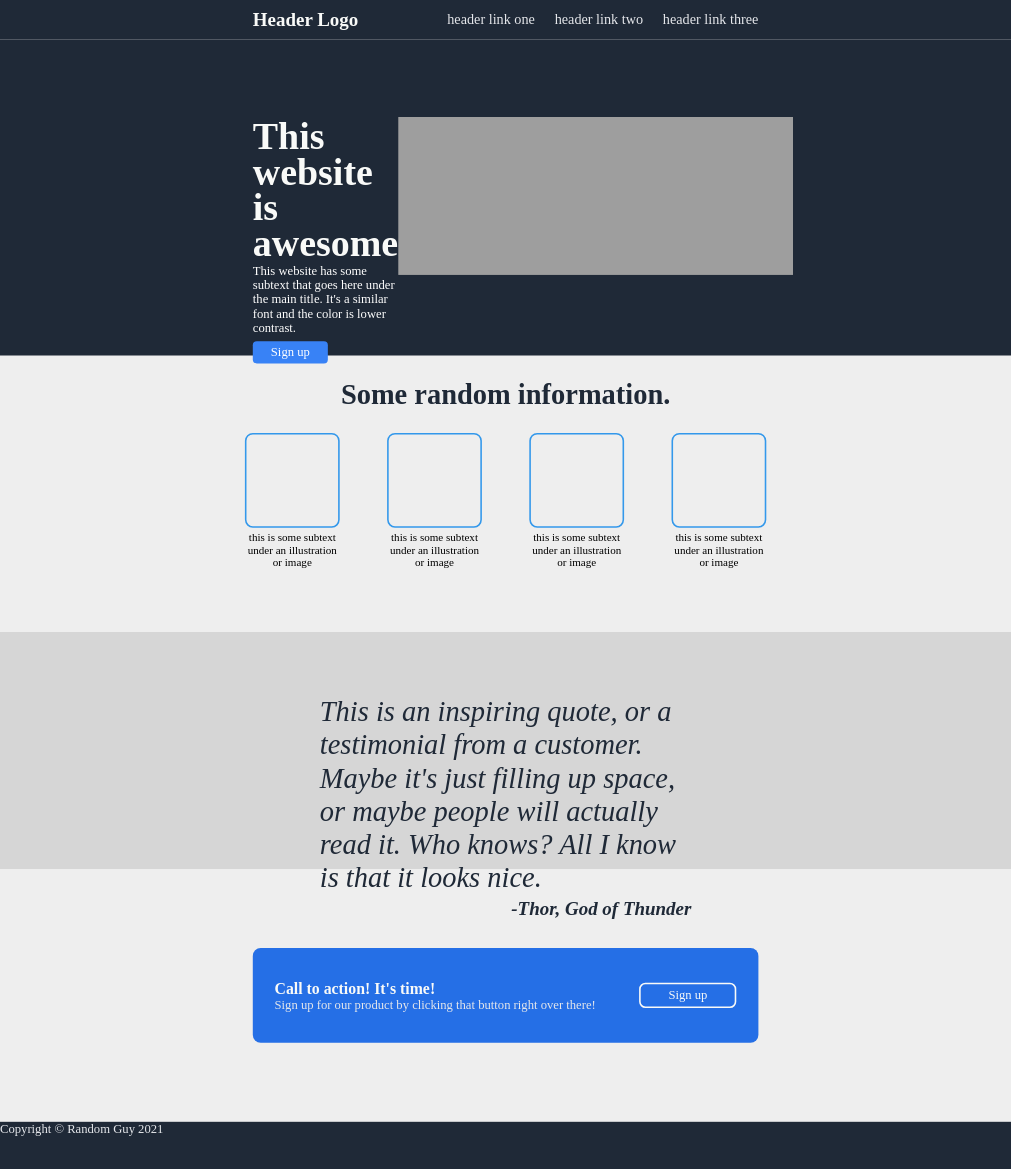
Repository: Pafestivo/Dummy-Landing-Page
Page: index.html
The author's editor kept a copy of each file at every save. The page is drawn from the files as they stood at one save, then again after the next save.
The browser window is 1280 px wide. The pictures show the whole page, at 79% of full size.
Pictures or frames that could not be fetched are drawn as grey boxes.

Above is the page before, as saved 2022-09-26 19:52:26.

### index.html
<!DOCTYPE html>
<html lang="en">
<head>
    <meta charset="UTF-8">
    <meta name="viewport" content="width=device-width, initial-scale=1.0">
    <link rel="stylesheet" href="styles.css">
    <title>Landing Page</title>
</head>
<body>
    <header>
        <div class="container">
            <h1>Header Logo</h1>
            <nav>
                <a href="#">header link one</a>
                <a href="#">header link two</a>
                <a href="#">header link three</a>
            </nav>
        </div> <!-- /container-->
    </header>
    <main>
        <section class="first">
            <div class="container">

                <div class="right">
                    <h1>This website is awesome</h1>
                    <p>This website has some subtext that goes here under the main title. It's a similar font and the color is lower contrast.</p>
                    <a href="#">Sign up</a>
                </div> <!-- /right -->

                <div class="left">
                    <img src="images/office.jpg" alt="Office desk photo" />
                </div> <!-- /left -->

            </div> <!-- /container-->
        </section> <!-- /first -->

        <section class="second">
            <div class="container">

                <h1>Some random information.</h1>
                <div class="boxes">
                    <div class="info">
                        <div class="box"></div>
                        <div class="box-info">
                            <p>this is some subtext under an illustration or image</p>
                        </div> <!-- /box-info -->
                    </div> <!-- /info -->

                    <div class="info">
                        <div class="box"></div>
                        <div class="box-info">
                            <p>this is some subtext under an illustration or image</p>
                        </div> <!-- /box-info -->
                    </div> <!-- /info -->

                    <div class="info">
                        <div class="box"></div>
                        <div class="box-info">
                            <p>this is some subtext under an illustration or image</p>
                        </div> <!-- /box-info -->
                    </div> <!-- /info -->

                    <div class="info">
                        <div class="box"></div>
                        <div class="box-info">
                            <p>this is some subtext under an illustration or image</p>
                        </div> <!-- /box-info -->
                    </div> <!-- /info -->

                </div> <!-- /boxes-->
            </div> <!-- /container-->
        </section> <!-- /second -->

        <section class="third">
            <div class="container">
                <p>This is an inspiring quote, or a testimonial from a customer. Maybe it's just filling up space, or maybe people will actually read it. Who knows? All I know is that it looks nice.</p>
                <p class="quote-owner">-Thor, God of Thunder</p>
            </div> <!-- /container-->
        </section> <!-- /third -->

        <section class="fourth">
            <div class="container">
                <div class="coa">
                    <div class="side">
                        <h1>Call to action! It's time!</h1>
                        <p>Sign up for our product by clicking that button right over there!</p>
                    </div> <!-- /right -->
                    <a href="#">Sign up</a>
                </div>
            </div> <!-- /container-->
        </section> <!-- /fourth -->

        <footer>
            <p>Copyright &copy Random Guy 2021</p>
        </footer>
    </main>
</body>
</html>

### styles.css
* {
  padding: 0;
  margin: 0;
  box-sizing: border-box;
}

body {
  font-family: serif;
  background-color: #eee;
}

.container {
  width: 50vw;
  margin: 0 auto;
}

a {
  text-decoration: none;
  color: inherit;
}

/* header bar */
header {
  display: flex;
  align-items: center;
  background-color: #1F2937;
  color: #fff;
  height: 50px;
}

header h1 {
  font-size: 24px;
  color: #F9FAF8;
}

header .container {
  display: flex;
  justify-content: space-between;
}

header nav {
  display: flex;
  align-items: center;
  gap: 25px;
}

header a {
  font-size: 18px;
  color: #E5E7EB;
}
/* End header bar  */

/* First section  */
.first {
  background-color: #1F2937;
  height: 400px;
  color: #fff;
}

.first .container {
  display: flex;
  align-items: center;
  justify-content: space-between;
  height: 100%;
}

.right {
  display: flex;
  flex-direction: column;
  gap: 4px;
  height: 200px;
  width: 40%;
}

.right h1 {
  font-size: 48px;
  font-weight: extra-bold;
  color: #F9FAF8;
  line-height: 45px;
}

right p {
  font-size: 18px;
  color: #E5E7EB;
}

.first img {
  width: 500px;
  height: 200px;
}

.first a {
  background-color: #3882F6;
  width: 95px;
  padding: 5px;
  border-radius: 5px;
  margin-top: 4px;
  text-align: center;

}
/* End first section  */

/* Second section */
.second {
  height: 350px;
}

.second h1 {
  text-align: center;
  font-size: 36px;
  font-weight: extra-bold;
  color: #1F2937;
  padding: 28px 0 28px 0;
}

.boxes {
  display: flex;
  justify-content: center;
  gap: 60px;
}

.box {
  width: 120px;
  height: 120px;
  border: 2px solid hsl(207, 82%, 56%);
  border-radius: 10px;
}

.box-info {
  margin-top: 5px;
  width: 120px;
  font-size: 14px;
  text-align: center;
}
/* End second section  */

/* Third section  */
.third {
  background-color: #d6d6d6;
  height: 300px;
  padding: 80px;
}

.third .container {
  display: flex;
  width: 42%;
  flex-direction: column;
}

.third p {
  font-size: 36px;
  font-style: italic;
  color: #1F2937;
}

.third .quote-owner {
  font-size: 24px;
  align-self: flex-end;
  font-style: none;
  font-weight: bold;
  margin-top: 5px;
}
/* End third section  */

/* Fourth section */
.fourth {
  height: 320px;
  display: flex;
  align-items: center;
}

.coa {
  display: flex;
  justify-content: space-around;
  align-items: center;
  width: 100%;
  height: 120px;
  border-radius: 10px;
  background-color: #256fe6;
}

.coa h1 {
  font-size: 20px;
  color: #F9FAF8;
}

.coa p {
  color: #E5E7EB;
}

.coa a {
  padding: 5px 35px;
  color: #F9FAF8;
  border: 2px solid #F9FAF8;
  border-radius: 8px;
}
/* End fourth section */

/* Footer */
footer {
  background-color: #1F2937;
  height: 60px;
  color: #E5E7EB;
}
/* End footer */

After the next save:
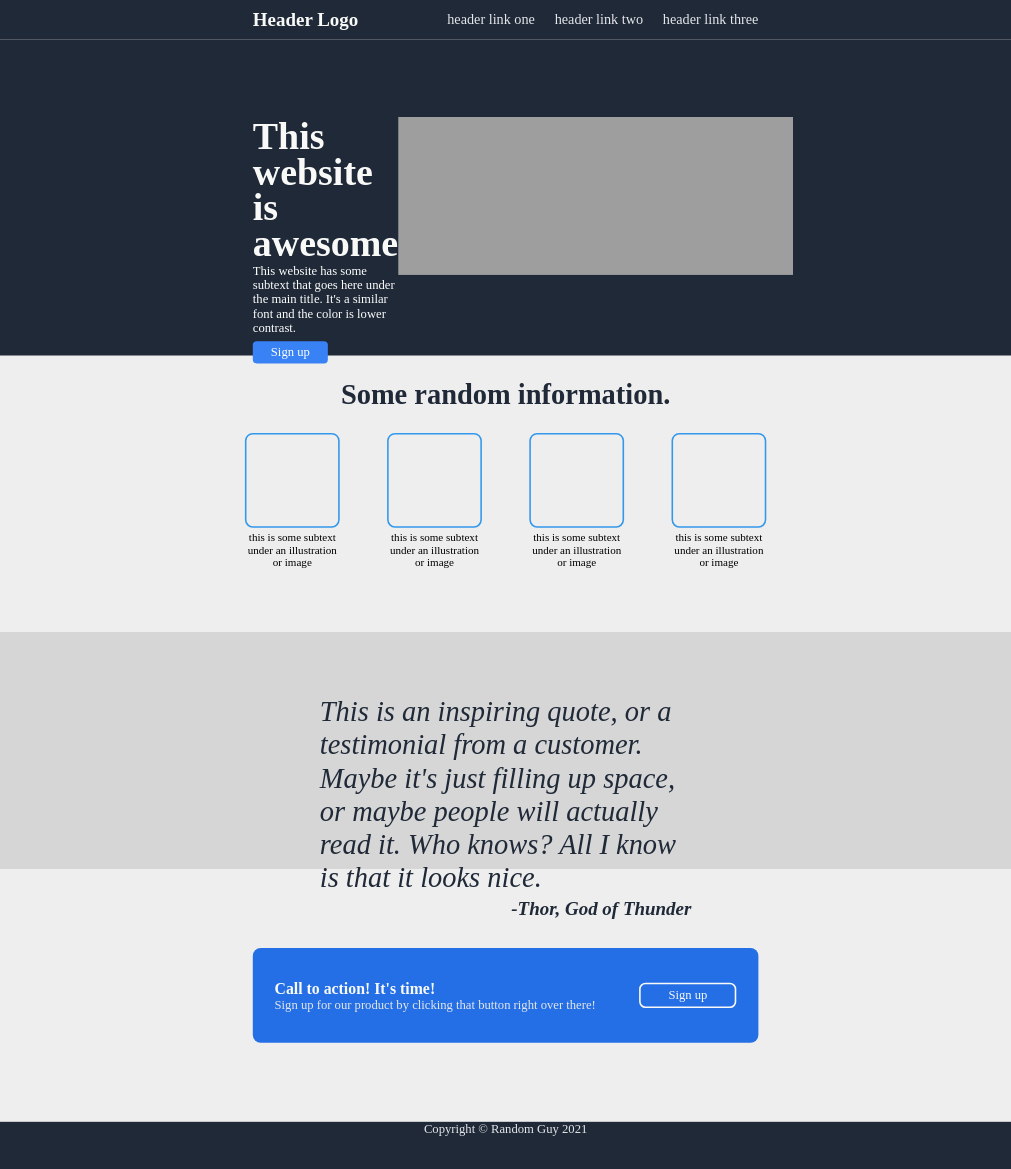
Saved 15 s later.
--- a/styles.css
+++ b/styles.css
@@ -202,4 +202,8 @@
   height: 60px;
   color: #E5E7EB;
 }
+
+footer p {
+  text-align: center;
+}
 /* End footer */

After the save that followed:
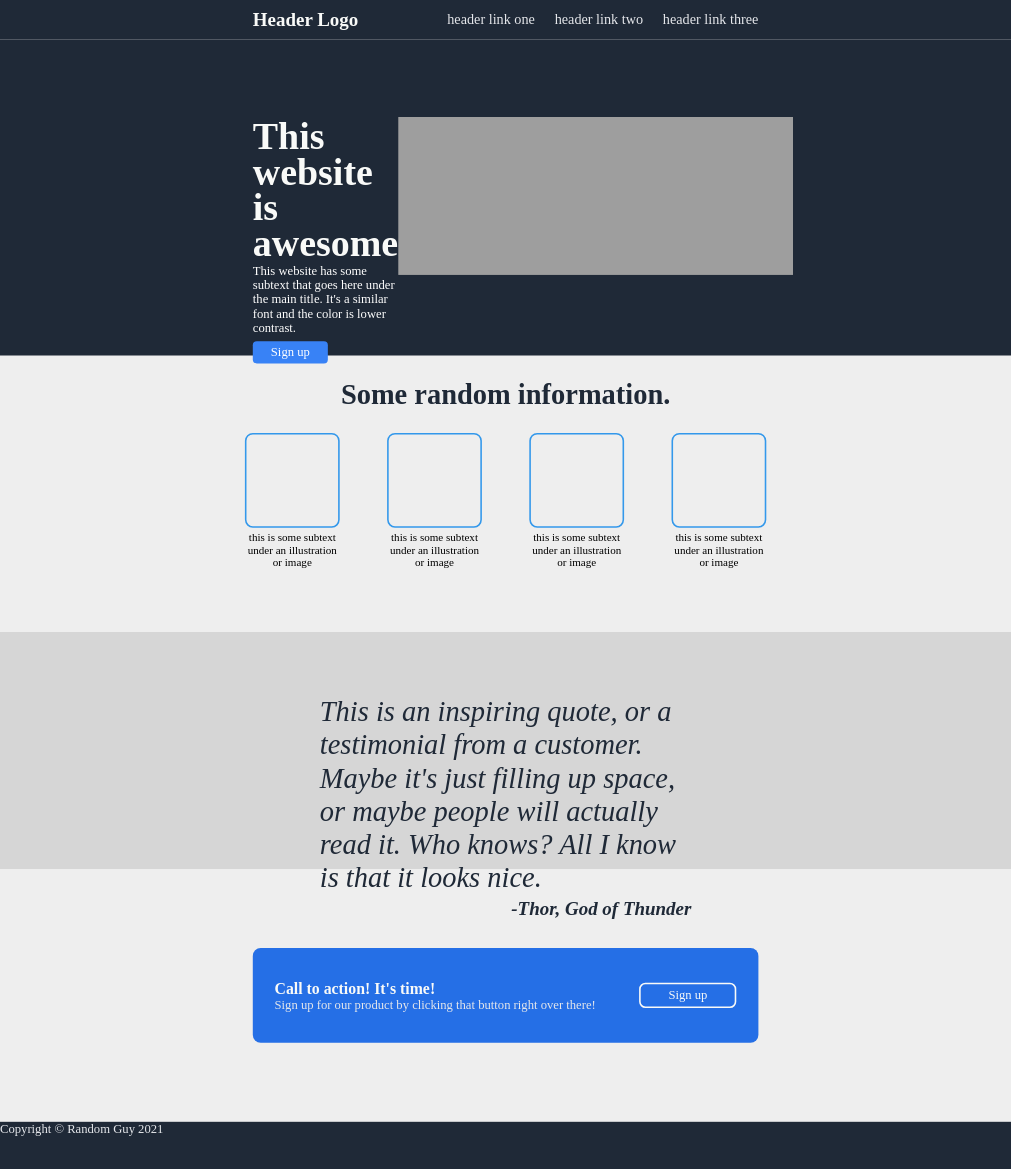
Saved 13 s later.
--- a/styles.css
+++ b/styles.css
@@ -204,6 +204,8 @@
 }
 
 footer p {
+  display: flex;
+  align-self: center;
   text-align: center;
 }
 /* End footer */
